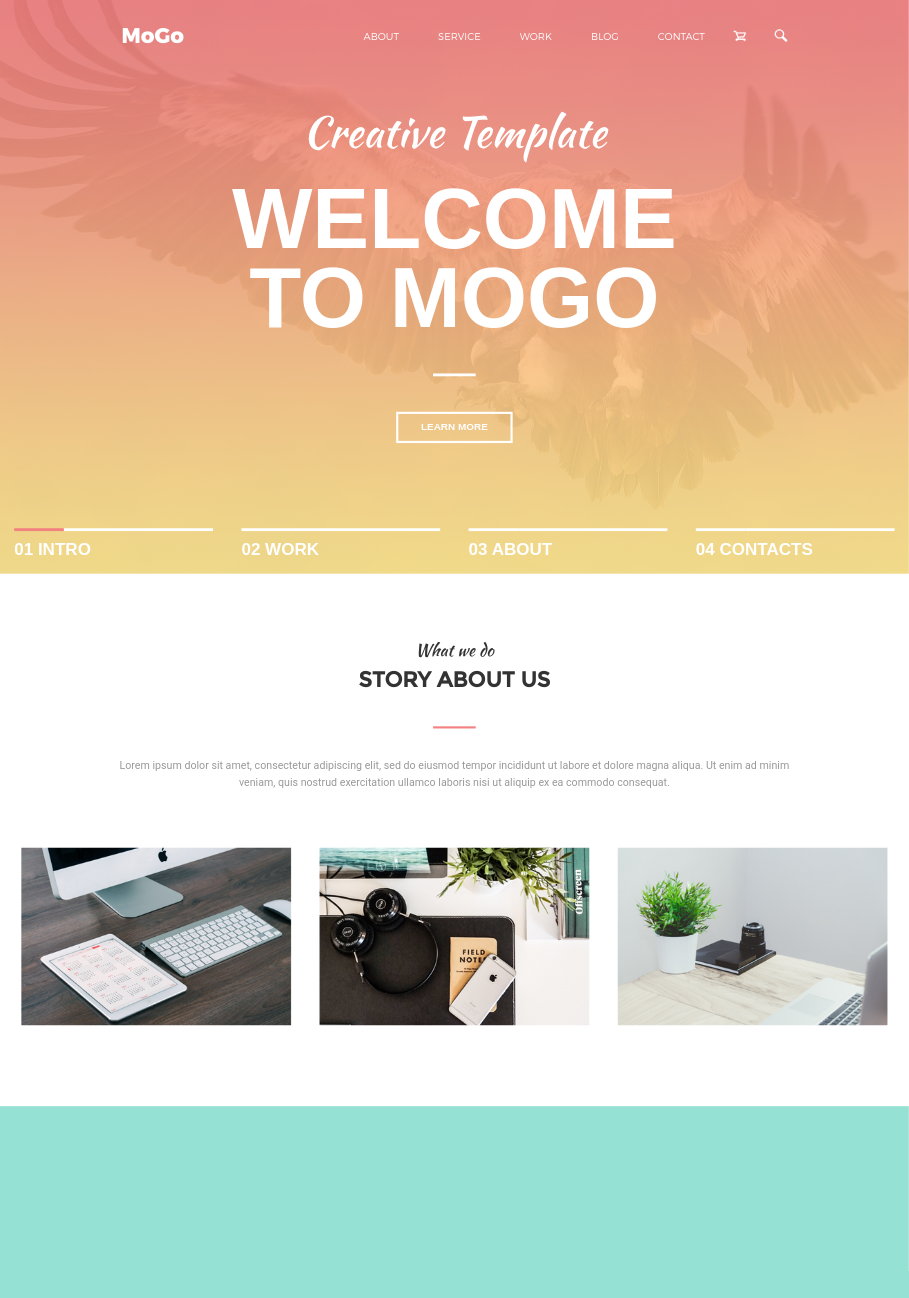
Repository: RaffiBarseghyan/mogo
Page: /
These files come from the project's save history. The page is drawn as it stood at one moment and after a run of saves; the edit follows.
The browser window is 1280 px wide. The pictures show the whole page, at 71% of full size.
The project was rebuilt for these pictures with package versions that can differ from the ones it lists, and the page was loaded fresh each time.

Above is the page before, as saved 2023-05-11 17:48:42.

After the next 2 saves:
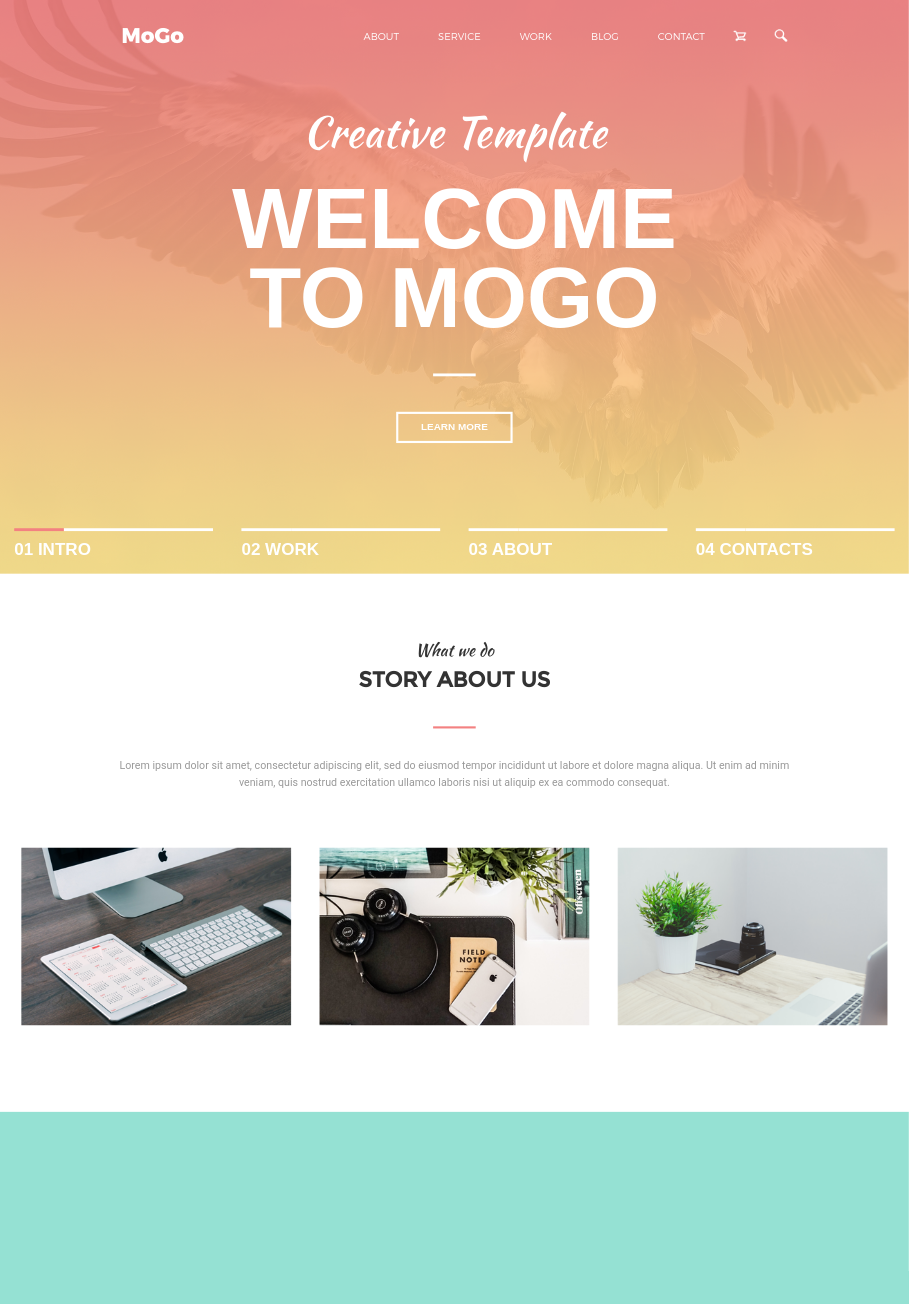
The 2 saves are shown as one change because they came seconds apart.
The last was saved 8 s later.
--- a/src/Pages/AboutUs/aboutUs.jsx
+++ b/src/Pages/AboutUs/aboutUs.jsx
@@ -38,7 +38,8 @@ function AboutUs() {
       </div>
 
       <div className={style.aboutUsFooter}>
-        <div></div>
+        <div><h2>
+            </h2></div>
         <div></div>
         <div></div>
         <div></div>
